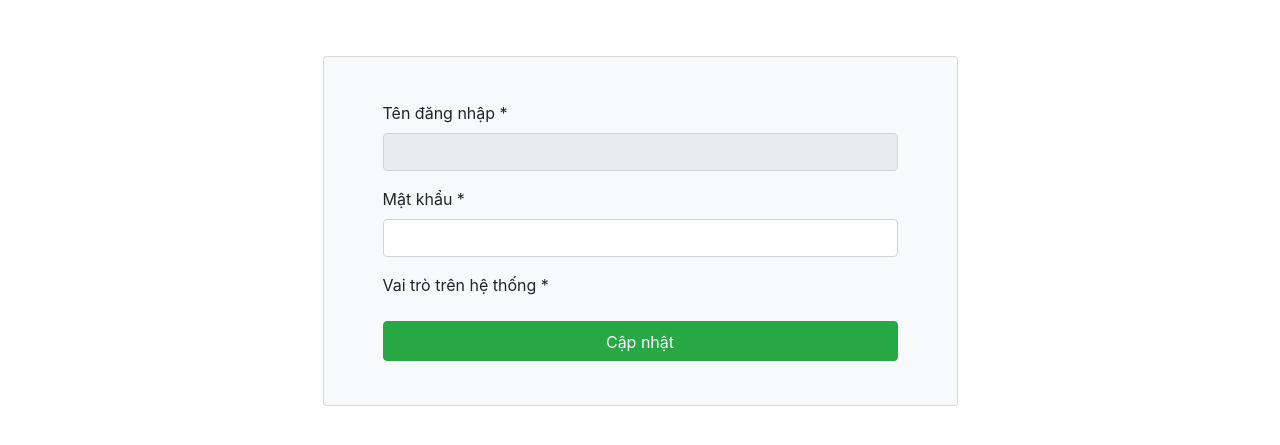
Repository: nguyenmanhtruongdat/javaServletFinalEx
Page: http://localhost/test/updateAcc
These files come from the project's save history. The page is drawn as it stood at one moment and after the next save; the edit follows.
The browser window is 1280 px wide. The pictures show the whole page.
Some web libraries are served in a nearby version. The page is served by Tomcat 9. Other server files are loaded and not shown. Queries for data that is not in the repository find no rows.

Above is the page before, as saved 2022-07-07 21:12:23.

### vku/ktx/test/src/main/webapp/updateAcc.jsp
<%@ page language="java" contentType="text/html; charset=UTF-8"
	pageEncoding="UTF-8"%>
<%@ taglib prefix="c" uri="http://java.sun.com/jsp/jstl/core"%>
<%@ taglib prefix="fmt" uri="http://java.sun.com/jsp/jstl/fmt"%>
<%@ taglib uri="http://java.sun.com/jsp/jstl/functions" prefix="fn"%>
<!DOCTYPE html>
<html>
<head>
<title>Cập nhật thông tin</title>
<link rel="stylesheet"
	href="https://stackpath.bootstrapcdn.com/bootstrap/4.3.1/css/bootstrap.min.css">
<link rel="stylesheet"
	href="https://cdnjs.cloudflare.com/ajax/libs/font-awesome/6.1.1/css/all.min.css">
<link rel="stylesheet"
	href="//code.jquery.com/ui/1.13.1/themes/base/jquery-ui.css">
<script src="https://code.jquery.com/jquery-3.6.0.js"></script>
<script src="https://code.jquery.com/ui/1.13.1/jquery-ui.js"></script>
<script>
            $(function () {
                $("#datepicker").datepicker({
                    dateFormat: 'dd/mm/yy'
                });
            });

        </script>
</head>
<body>
	<div class="center" style="margin: 20 auto; width: 100%">
		<form action="./updateAcc" method="post">
			<div class="container">
				<div class=" text-center mt-5 "></div>
				<div class="row ">
					<div class="col-lg-7 mx-auto">
						<div class="card mt-2 mx-auto p-4 bg-light">
							<div class="card-body bg-light">

								<div class="container">
									<form id="contact-form" role="form">



										<div class="controls">

											<div class="row">
												<div class="col-md-12">
													<div class="form-group">
														<label for="masv">Tên đăng nhập <span><span>*</span></span></label>
														<input type="text" value="${acc.username}" name="masv"
															class="form-control" id="masv" required
															readonly="readonly">

													</div>
												</div>
												<div class="col-md-12">
													<div class="form-group">
														<label for="hoten">Mật khẩu <span><span>*</span></span></label>
														<input type="text" value="" id="hoten"
															class="form-control" name="hoten" required>
													</div>
												</div>
											</div>
											<div class="row">
												<div class="col-md-6">
													<div class="form-group">
														<label for="masv">Vai trò trên hệ thống <span><span>*</span></span></label>

													</div>
												</div>
												<div class="col-md-6">
													<div class="form-group">
														<c:if test="${acc.isAdmin ==1 }">Admin<input
																type="radio" checked="checked" value="${acc.isAdmin}"
																name="role" class="form-control" id="isAdmin"
																required readonly="readonly">
															Người dùng<input type="radio" value="0"
																name="role" class="form-control" id="isUser" required
																readonly="readonly">
														</c:if>
														<c:if test="${acc.isUser ==1 }">Người dùng<input
																type="radio" checked="checked" value="${acc.isUser}"
																name="role" class="form-control" id="isUser" required
																readonly="readonly">
															Admin<input type="radio" value="0"
																name="role" class="form-control" id="isAdmin"
																required readonly="readonly">
														</c:if>
													</div>
												</div>
											</div>
											<div class="row">
												<div class="col-md-12">

													<input type="submit"
														class="btn btn-success btn-send  pt-2 btn-block
                                                               "
														value="Cập nhật">

												</div>

											</div>
										</div>
									</form>
								</div>
							</div>


						</div>
						<!-- /.8 -->

					</div>
					<!-- /.row-->

				</div>
			</div>

		</form>
	</div>
</body>
</html>

### vku/ktx/test/src/main/java/Controller/updateAcc.java
package Controller;

import java.io.IOException;
import java.io.PrintWriter;
import java.sql.Date;
import java.text.SimpleDateFormat;

import javax.servlet.ServletException;
import javax.servlet.annotation.WebServlet;
import javax.servlet.http.HttpServlet;
import javax.servlet.http.HttpServletRequest;
import javax.servlet.http.HttpServletResponse;

import DAO.DAO;
import entity.account;
import entity.student;

/**
 * Servlet implementation class updateStd
 */
@WebServlet("/updateAcc")
public class updateAcc extends HttpServlet {
	private static final long serialVersionUID = 1L;

    /**
     * @see HttpServlet#HttpServlet()
     */
    public updateAcc() {
        super();
        // TODO Auto-generated constructor stub
    }

	/**
	 * @see HttpServlet#doGet(HttpServletRequest request, HttpServletResponse response)
	 */
	protected void doGet(HttpServletRequest request, HttpServletResponse response) throws ServletException, IOException {
		request.setCharacterEncoding("UTF-8");
		response.setContentType("text/html;charset=UTF-8");
		response.setCharacterEncoding("UTF-8");
		PrintWriter out = response.getWriter();
		String masv = request.getParameter("username");
		DAO dao = new DAO();
		account acc = dao.selectAccByUsername(masv);
		request.setAttribute("acc", acc);
		request.getRequestDispatcher("updateAcc.jsp").forward(request, response);
	}

	/**
	 * @see HttpServlet#doPost(HttpServletRequest request, HttpServletResponse response)
	 */
	protected void doPost(HttpServletRequest request, HttpServletResponse response) throws ServletException, IOException {
		response.setContentType("text/html;charset=UTF-8");
		request.setCharacterEncoding("UTF-8");
		response.setCharacterEncoding("UTF-8");
		PrintWriter out = response.getWriter();
		DAO dao = new DAO();
		String username = request.getParameter("username");
		String password = request.getParameter("password");
		String role = request.getParameter("role");
		int roleUser=0;
		int roleAdmin=0;
		if (role.trim().equals("user")) {
			roleUser=1;
			roleAdmin=0;
		}else {
			roleUser=0;
			roleAdmin=1;
		}
		System.out.println(username);
		System.out.println(password);
		System.out.println(role);
		System.out.println(roleUser);
		System.out.println(roleAdmin);
		account acc= new account();
		try {
		String passwordEcrtdao= dao.MD5(password);
		System.out.println(passwordEcrtdao);
		 acc.setUsername(username);
		 acc.setPassword(passwordEcrtdao);
		 acc.setIsUser(roleUser);
		 acc.setIsAdmin(roleAdmin);
		  dao.updateAcc(acc);
		  response.sendRedirect("quanlyAcc");
		} catch (Exception e1) {
			e1.printStackTrace();
		}
	}

}

### vku/ktx/test/src/main/java/DBConnect/DBContext.java
package DBConnect;

import java.sql.Connection;
import java.sql.DriverManager;
import java.sql.SQLException;
public class DBContext {
	private static DBContext instance;

	public static DBContext getInstance() {
		if (instance==null) {
			instance= new DBContext();
		}
		return instance;
	}
	public Connection getConnection() throws ClassNotFoundException, SQLException{
		Class.forName("com.mysql.cj.jdbc.Driver");
		String host = "jdbc:mysql://localhost:3306/hethongktx";
		String username = "root";
		String password ="";
		return DriverManager.getConnection(host, username, password);
	}
	public static void main(String[] args) {
		DBContext db = new DBContext();
		try {
			Connection cnn =db.getConnection();
			if (cnn==null) {
				System.out.println("thatbai");
			}else {
				System.out.println("thanh cong");
			}
		} catch (ClassNotFoundException | SQLException e) {
			// TODO Auto-generated catch block
			e.printStackTrace();
		}
	}
}

Loaded but not shown: vku/ktx/test/src/main/java/DAO/DAO.java (640 lines, source omitted)

After the next save:
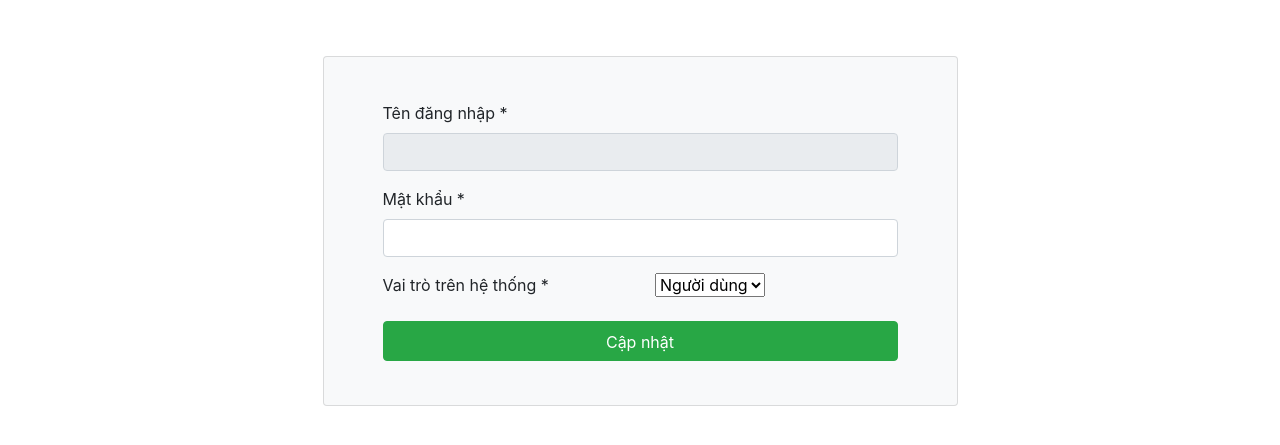
Saved 8 min 7 s later.
--- a/vku/ktx/test/src/main/webapp/updateAcc.jsp
+++ b/vku/ktx/test/src/main/webapp/updateAcc.jsp
@@ -68,6 +68,11 @@
 												</div>
 												<div class="col-md-6">
 													<div class="form-group">
+
+													<select name="role">
+													<option value="user">Người dùng</option>
+													</select>
+
 														<c:if test="${acc.isAdmin ==1 }">Admin<input
 																type="radio" checked="checked" value="${acc.isAdmin}"
 																name="role" class="form-control" id="isAdmin"
